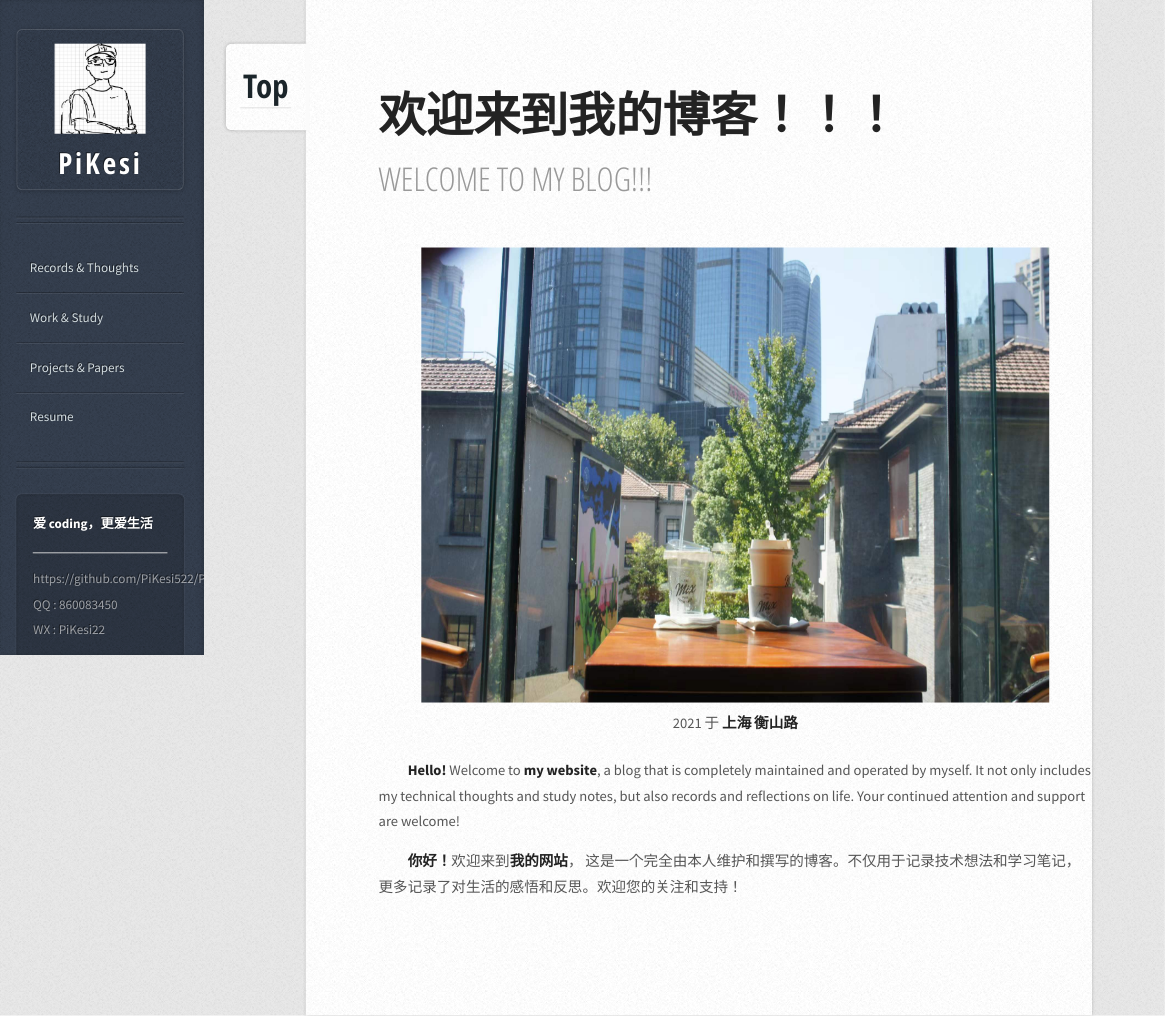
Repository: PiKesi522/PiKesi522.github.io
Page: index.html
The author's editor kept a copy of each file at every save. The page is drawn from the files as they stood at one save, then again after the next save.
The browser window is 1280 px wide. The pictures show the whole page, at 91% of full size.

Above is the page before, as saved 2023-04-11 14:04:47.

After the next save:
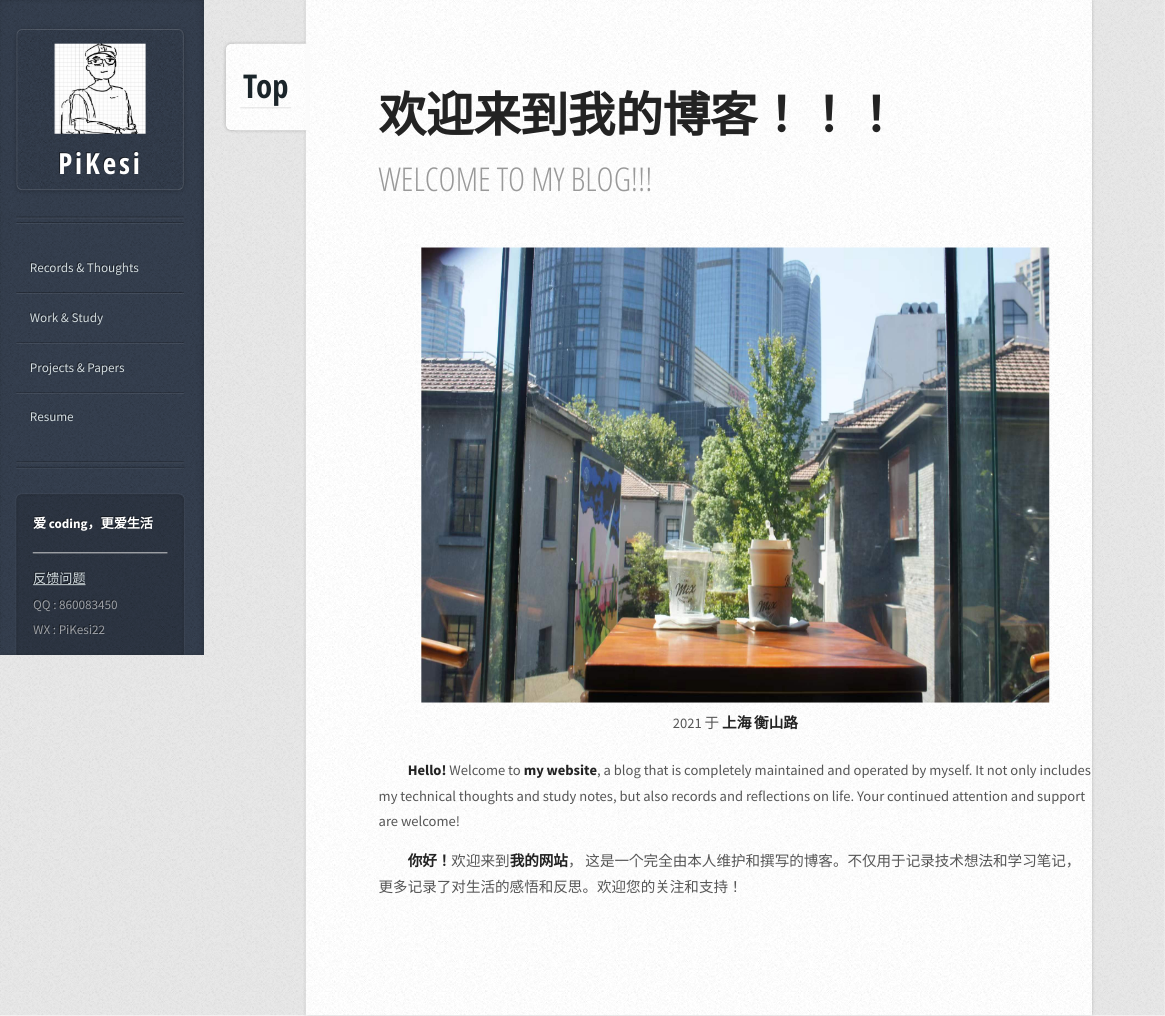
Saved 44 s later.
--- a/index.html
+++ b/index.html
@@ -97,7 +97,7 @@
 				<p>
 					<strong> 爱 coding，更爱生活</strong>
 					<hr>
-					https://github.com/PiKesi522/PiKesi522.github.io/issues
+					<a href="https://github.com/PiKesi522/PiKesi522.github.io/issues">反馈问题</a>
 					<br />
 					QQ : 860083450
 					<br />
